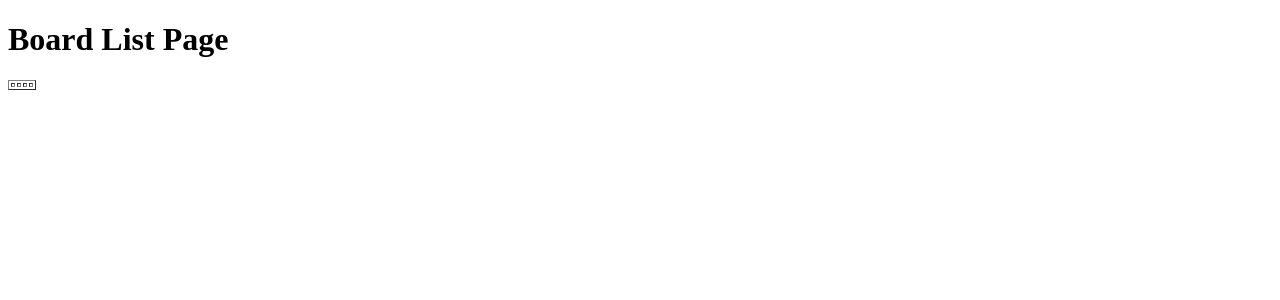
Repository: havanara/240411_JSP_Project
Page: http://localhost/jst_study/board/list.jsp
An editor plug-in stored every save of this project. The page is shown before and after the next save, followed by the edit.
The browser window is 1280 px wide. The pictures show the whole page.
The page is served by Tomcat 9. Other server files are loaded and not shown.

Above is the page before, as saved 2024-04-12 05:47:20.

### jst_study/src/main/webapp/board/list.jsp
<%@ page language="java" contentType="text/html; charset=UTF-8"
    pageEncoding="UTF-8"%>
<!DOCTYPE html>
<html>
<head>
<meta charset="UTF-8">
<title>Insert title here</title>
</head>
<body>
	<h1>Board List Page</h1>
	<table border="1">
		<tr>
			<th></th>
			<th></th>
			<th></th>
			<th></th>
		</tr>
	</table>
</body>
</html>

After the next save:
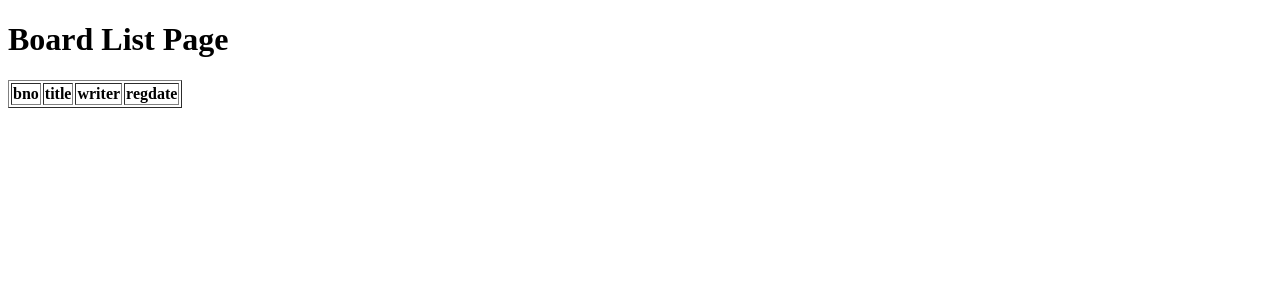
Saved 15 s later.
--- a/jst_study/src/main/webapp/board/list.jsp
+++ b/jst_study/src/main/webapp/board/list.jsp
@@ -10,10 +10,10 @@
 	<h1>Board List Page</h1>
 	<table border="1">
 		<tr>
-			<th></th>
-			<th></th>
-			<th></th>
-			<th></th>
+			<th>bno</th>
+			<th>title</th>
+			<th>writer</th>
+			<th>regdate</th>
 		</tr>
 	</table>
 </body>
